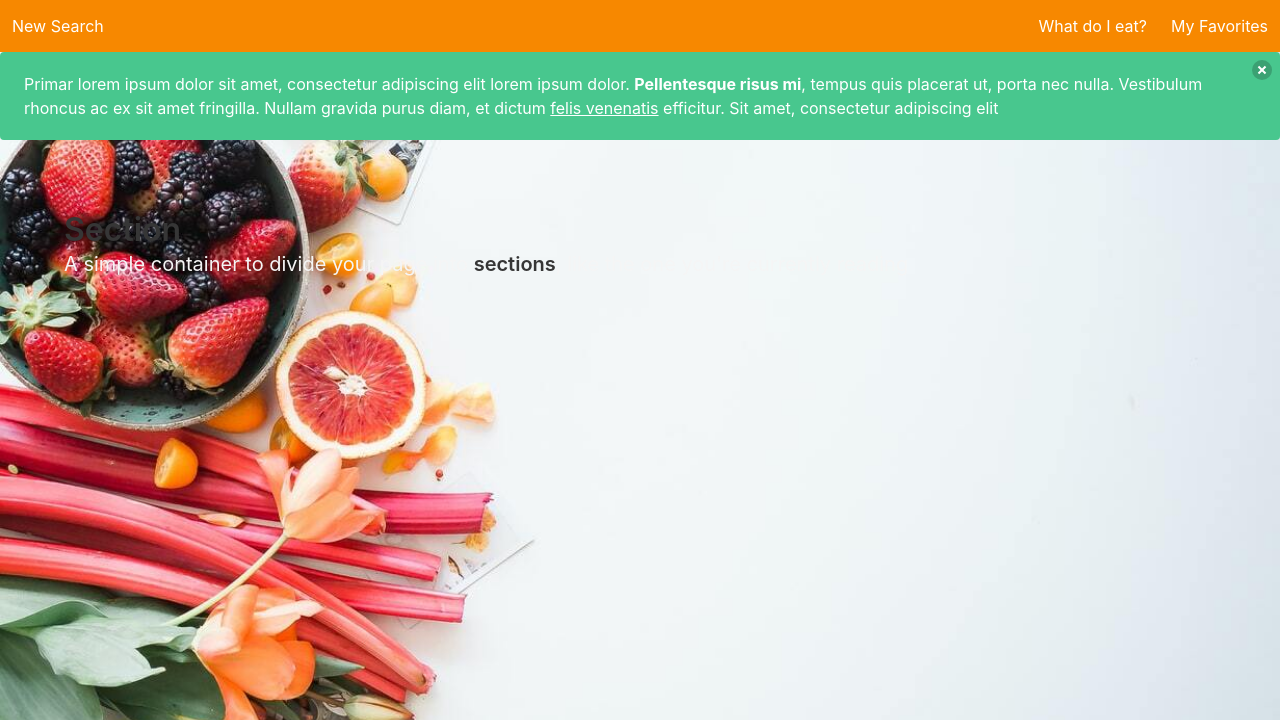
Repository: puakehaulani/the-hungry-app-proj1
Page: assets/style/Results.html
These files come from the project's save history. The page is drawn as it stood at one moment and after the next save; the edit follows.
The browser window is 1280 px wide. The pictures show the whole page.

Above is the page before, as saved 2020-10-15 19:16:08.

After the next save:
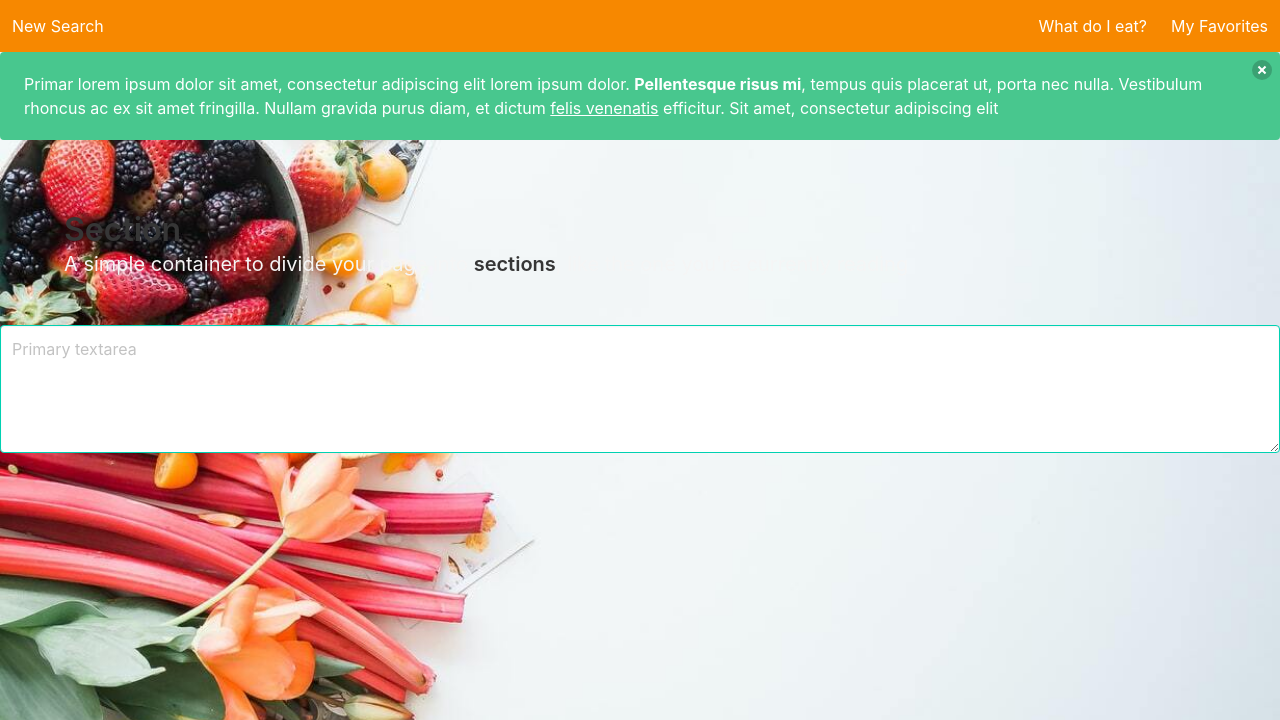
Saved 83 s later.
--- a/assets/style/Results.html
+++ b/assets/style/Results.html
@@ -43,7 +43,11 @@
           </div>
         </section>
 
-
+        <div class="field">
+          <div class="control">
+            <textarea class="textarea is-primary" placeholder="Primary textarea"></textarea>
+          </div>
+        </div>
 </body>
 
 </html>
